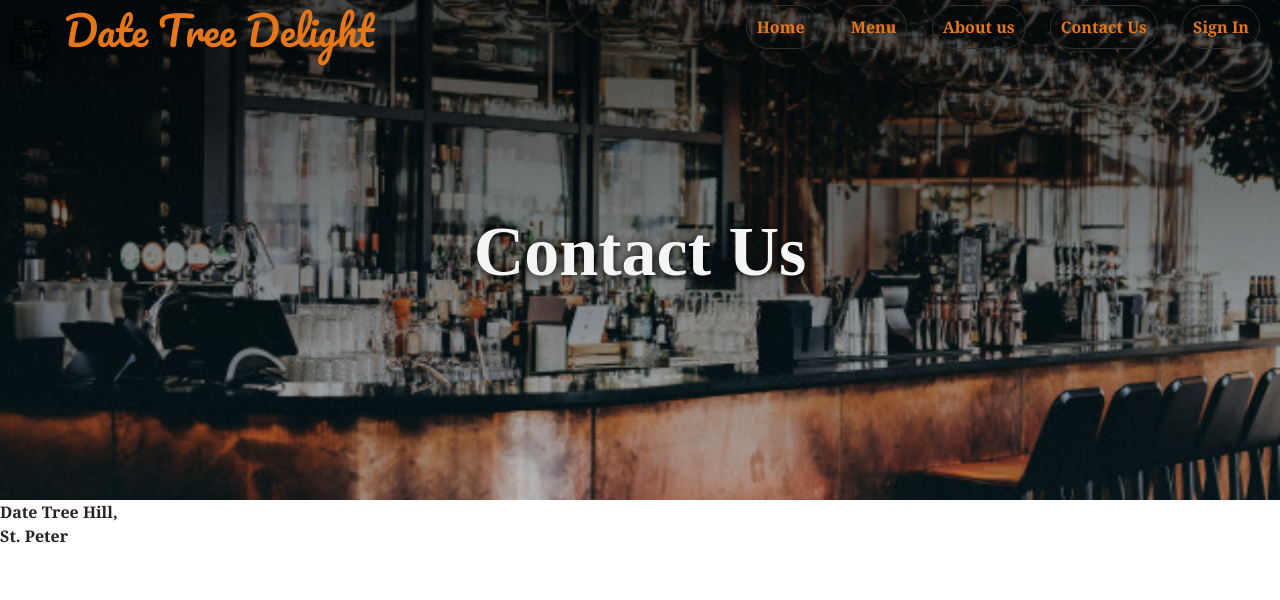
Repository: jadagoring/DateTreeDelight
Page: http://localhost/contactus.php
An editor plug-in stored every save of this project. The page is shown before and after the next save, followed by the edit.
The browser window is 1280 px wide. The pictures show the part of the page from y = 0 to 600 px (the page is 1604 px tall).
Pictures or frames that could not be fetched are drawn as grey boxes. Some web fonts or font styles are not loaded; a fallback is used. Some web libraries are served in a nearby version. The page is run by PHP 8.4 with error messages shown; the project is at /var/www/html/.

Above is the page before, as saved 2020-06-04 13:31:27.

### contactus.php
<?php
include "templates/header.php";
?>

<div class="contactus-header">
    <div class="seperator-div"></div>
    <h1 class="contactus-hdr">Contact Us</h1>
</div>

<div class="contactus-body">
    <div class="contact-map">
        <iframe src="https://www.google.com/maps/embed?pb=!1m14!1m8!1m3!1d970.731163968368!2d-59.582570999999994!3d13.292647000000047!3m2!1i1024!2i768!4f13.1!3m3!1m2!1s0x0%3A0xdbafc17f6561b8ef!2sDate%20tree%20hill%20bar!5e0!3m2!1sen!2sus!4v1591291810439!5m2!1sen!2sus" width="600" height="500" frameborder="0" style="border:0;" allowfullscreen="" aria-hidden="false" tabindex="0"></iframe>
    </div>
    <p>Date Tree Hill, <br>
        St. Peter</p>
</div>

<?php include "templates/footer.php"; ?>

### templates/header.php
<?php
session_start();

if (isset($_SESSION['Occupation'])) {
    $Occupation = $_SESSION['Occupation'];
}
else{
    $Occupation = "Random";
}
?>
<!DOCTYPE html>
<html lang="en">

<head>
    <meta charset="UTF-8">
    <meta name="viewport" content="width=device-width, initial-scale=1.0">
    <title>Date Tree Delight</title>

    <!-- CSS -->
    <link rel="stylesheet" href="https://stackpath.bootstrapcdn.com/bootstrap/4.4.1/css/bootstrap.min.css" integrity="sha384-Vkoo8x4CGsO3+Hhxv8T/Q5PaXtkKtu6ug5TOeNV6gBiFeWPGFN9MuhOf23Q9Ifjh" crossorigin="anonymous">
    <link rel="stylesheet" href="assets\css\styles.css">

    <!-- JavaScript -->
    <script src="https://code.jquery.com/jquery-3.4.1.slim.min.js" integrity="sha384-J6qa4849blE2+poT4WnyKhv5vZF5SrPo0iEjwBvKU7imGFAV0wwj1yYfoRSJoZ+n" crossorigin="anonymous"></script>
    <script src="https://cdn.jsdelivr.net/npm/popper.js@1.16.0/dist/umd/popper.min.js" integrity="sha384-Q6E9RHvbIyZFJoft+2mJbHaEWldlvI9IOYy5n3zV9zzTtmI3UksdQRVvoxMfooAo" crossorigin="anonymous"></script>
    <script src="https://stackpath.bootstrapcdn.com/bootstrap/4.4.1/js/bootstrap.min.js" integrity="sha384-wfSDF2E50Y2D1uUdj0O3uMBJnjuUD4Ih7YwaYd1iqfktj0Uod8GCExl3Og8ifwB6" crossorigin="anonymous"></script>
    <script src="https://kit.fontawesome.com/e9662c41f5.js" crossorigin="anonymous"></script>
</head>

<body>
    <!-- No log in -->
    <?php if ($Occupation == "Random") { ?>

    <div id="Navbar" class="nav-bar">
        <div class="right-nav">
            <a href="index.php" class="side-links">Home </a>
            <a href="Menu.php" class="side-links">Menu</a>
            <a href="Aboutus.php" class="side-links">About us</a>
            <a href="Contactus.php" class="side-links">Contact Us</a>
            <a href="login.html" class="side-links" style="margin-right:20px">Sign In</a>
        </div>

        <div class="left-nav">
            <div class="left-info">
                <img src="assets\images\l-07-512.png" style="width: 60px; height: 60px; border-radius: 30px;" alt="Logo">
                <span class="nav-text">Date Tree Delight</span>
            </div>
        </div>
    </div>
    <?php
    }
    ?>

    <!-- Customers login -->
    <?php if ($Occupation == "Customer") { ?>

        <div id="Navbar" class="nav-bar">
            <div class="right-nav">
                <a href="shoppingcart.php"><img src="assets/images/shopping-cart.png" alt="shoppingcart" class="shop-cart"></a>
                <a href="index.php" class="side-links">Home </a>
                <a href="Menu.php" class="side-links">Menu</a>
                <a href="Aboutus.php" class="side-links">About us</a>
                <a href="Contactus.php" class="side-links">Contact Us</a>
                <a href="signout.php" class="side-links" style="margin-right:20px">Sign Out</a>
            </div>

            <div class="left-nav">
                <div class="left-info">
                    <img src="assets\images\l-07-512.png" style="width: 60px; height: 60px; border-radius: 30px;" alt="Logo">
                    <span class="nav-text">Date Tree Delight</span>
                </div>
            </div>
        </div>
    <?php
    }
    ?>

    <!-- Employees Logged in -->
    <?php if ($Occupation == "Employee") { ?>

        <div id="Navbar" class="nav-bar">
            <div class="right-nav">
                <a href="order.php" class="side-links">Orders </a>
                <a href="inventory.php" class="side-links">Inventory</a>
                <a href="inquiries.php" class="side-links">Inquiries</a>
                 <a href="signout.php" class="side-links" style="margin-right:20px">Sign Out</a>
            </div>

            <div class="left-nav">
                <div class="left-info">
                    <img src="assets\images\l-07-512.png" style="width: 60px; height: 60px; border-radius: 30px;" alt="Logo">
                    <span class="nav-text">Date Tree Delight</span>
                </div>
            </div>
        </div>
    <?php } ?>

    <!-- Admin logged in -->
    <?php if ($Occupation == "Owner") { ?>
        <div id="Navbar" class="nav-bar">
            <div class="right-nav">
                <a href="events.php" class="side-links">Events</a>
                <a href="order.php" class="side-links">Orders</a>
                <a href="inventory.php" class="side-links">Inventory</a>
                <a href="inquiries.php" class="side-links">Inquires</a>
                <a href="Employees.php" class="side-links">Employees</a>
                <a href="signout.php" class="side-links" style="margin-right:20px">Sign Out</a>
            </div>

            <div class="left-nav">
                <div class="left-info">
                    <img src="assets\images\l-07-512.png" style="width: 60px; height: 60px; border-radius: 30px;" alt="Logo">
                    <span class="nav-text">Date Tree Delight</span>
                </div>
            </div>
        </div>
    <?php } ?>

### templates/footer.php
    <div class="footer">
        <div class="container">
            <div class="row footer-nav">
                <div class="col-2"> <a href="index.html" class="side-links">Home </a> </div>
                <div class="col-2"> <a href="Menu.html" class="side-links">Menu</a> </div>
                <div class="col-2"> <a href="Orders.html" class="side-links">Order</a> </div>
                <div class="col-2"> <a href="Aboutus.html" class="side-links">About us</a> </div>
                <div class="col-2"> <a href="Contactus.html" class="side-links">Contact Us</a> </div>
                <div class="col-2"> <a href="Vorder.html" class="side-links">View Orders</a> </div>
            </div>

            <div class="spacer-div"></div>
            <div class="row footer-nav-text">
                <div style="text-align:center; margin-left: auto; margin-right: auto;">
                    <hr class="footer-hr" style="width:300px;">
                    <p class="footer-text"> Address: </p>
                    <p>Date Tree Hill, St. Peter</p>
                    <hr class="footer-hr" style="width:200px;">
                    <p class="footer-text">Telephone No.:</p>
                    <p>1 (246) 555-5050</p>
                    <hr class="footer-hr" style="width:100px;">
                </div>
            </div>

            <div class="row">
                <div class="socials" style="text-align:center; margin-left: auto; margin-right: auto;">
                    <p> <a href="https://instagram.com/datetreedelight?igshid=wuq8k1wrkhhx"><i class="fab fa-instagram"></i> </a>
                        <a href="https://facebook.com/datetreedelight246"><i class="fab fa-facebook-square"> </i></a>
                    </p>
                </div>
            </div>

            <div class="row">
                <div class="footer-comp" style="text-align:center; margin-left: auto; margin-right: auto;">
                    <p> Created By: <span class="footer-company"> Code Like a Girl &copy </span> </p>
                </div>
            </div>

        </div>
    </div>
    </body>

    </html>

### assets/css/styles.css
/*Global Tag*/

* {
    margin: 0;
    padding: 0;
    font-family: Cambria, Cochin, Georgia, Times, 'Times New Roman', serif;
}

p {
    font-family: Georgia, 'Times New Roman', Times, serif;
    font-weight: bolder;
}

@font-face {
    font-family: Pacifico;
    src: url('../fonts/Pacifico/Pacifico-Regular.ttf');
}

@font-face {
    font-family: Merriweather;
    src: url('../fonts/Merriweather/');
}

table,
th,
td {
    border: 1px solid black;
}

table {
    width: 1080px;
    margin-top: 50px;
    margin-bottom: 50px;
}

th {
    text-align: center;
}

td {
    padding: 10px;
}


/* Classes */

.about-body {
    background-color: whitesmoke;
}

.about-header {
    height: 500px;
    background: linear-gradient(rgba(0, 0, 0, 0.7), rgba(0, 0, 0, 0.7)), url("../images/wine.jpg");
    background-repeat: no-repeat;
    background-size: cover;
    width: 100%;
    background-position-y: center;
}

.about-h {
    color: rgb(231, 118, 25);
    font-family: Georgia, 'Times New Roman', Times, serif;
}

.about-h2 {
    color: rgb(231, 118, 25);
    font-family: Georgia, 'Times New Roman', Times, serif;
    font-weight: bold;
}

.about-p {
    color: green;
}

.about-hr {
    width: 1000px;
    margin-left: auto;
    margin-right: auto;
    background-color: darkgrey;
}

.aboutus-header {
    font-family: Merriweather;
    font-weight: bold;
    font-size: 60px;
    color: whitesmoke;
    text-shadow: 0 0 10px black;
    text-align: center;
    padding-top: 110px;
}

.about-section-row {
    width: 50%;
    height: 400px;
    margin: 0 auto 0 auto;
    text-align: left;
    padding-top: 30px;
    padding-bottom: 30px;
}

.about-img {
    width: 250px;
    height: 370px;
    float: left;
    margin-right: 30px;
}

.about-img1 {
    width: 250px;
    height: 370px;
    float: right;
    margin-left: 30px;
}

.about-img2 {
    width: 250px;
    height: 370px;
    float: left;
    margin-right: 30px;
}

.billing-tbl {
    width: 900px;
    margin: 20px;
    padding: 20px;
}

.center {
    text-align: center;
}

.checkout-btn {
    background-color: rgb(197, 91, 4, 0.9);
    color: rgb(71, 192, 34);
    text-shadow: 0 0 5px black;
    font-family: Pacifico;
    font-size: 20px;
    border: none;
    padding: 25px 75px 25px 75px;
    border-radius: 50px;
    margin-bottom: 20px;
}

.checkout-btn:hover {
    transition-duration: 1s;
    background-color: rgba(55, 161, 23, 0.9);
    color: rgb(231, 118, 25);
}

.checkout-header {
    height: 500px;
    background: linear-gradient(rgba(0, 0, 0, 0.7), rgba(0, 0, 0, 0.7)), url("../images/checkout.jpg");
    background-repeat: no-repeat;
    background-size: cover;
    width: 100%;
    background-position-y: center;
}

.checkout-hdr {
    font-family: Merriweather;
    font-weight: bold;
    font-size: 60px;
    color: whitesmoke;
    text-shadow: 0 0 10px black;
    text-align: center;
    padding-top: 110px;
}

.contactus-header {
    height: 500px;
    background: linear-gradient(rgba(0, 0, 0, .7), rgba(0, 0, 0, .20)), url("../images/bar5.jpg");
    background-repeat: no-repeat;
    background-size: cover;
    width: 100%;
    background-position-y: center;
}

.contactus-hdr {
    font-family: Merriweather;
    font-weight: bold;
    font-size: 70px;
    color: whitesmoke;
    text-shadow: 0 0 10px black;
    text-align: center;
    padding-top: 110px;
}

.contactus-body{
    height: 700px;
    width: 100%;
}

.contact-map{
    float: right;
    width: 50%;
    margin-top: 100px;
}

.emp-body {
    margin-left: 200px;
}

.emp-header {
    width: 100%;
    background: linear-gradient(rgba(0, 0, 0, 0.7), rgba(0, 0, 0, 0.7)), url("../images/shopcart.jpg");
    background-repeat: no-repeat;
    background-size: cover;
    height: 500px;
}

.emp-hdr {
    font-family: Merriweather;
    font-weight: bold;
    font-size: 60px;
    color: whitesmoke;
    text-shadow: 0 0 10px black;
    text-align: center;
    padding-top: 110px;
}

.event-body {
    margin-left: 200px;
    margin-top: 20px
}

.event-header {
    width: 100%;
    background: linear-gradient(rgba(0, 0, 0, 0.7), rgba(0, 0, 0, 0.7)), url("../images/shopcart.jpg");
    background-repeat: no-repeat;
    background-size: cover;
    height: 500px;
}

.event-hdr {
    font-family: Merriweather;
    font-weight: bold;
    font-size: 60px;
    color: whitesmoke;
    text-shadow: 0 0 10px black;
    text-align: center;
    padding-top: 110px;
}

.footer {
    background-color: rgb(43, 43, 43);
    width: 100%;
    height: 100%;
}

.footer-nav {
    padding-top: 20px;
}

.footer-nav-text {
    color: rgb(231, 118, 25);
}

.footer-nav a:link {
    text-decoration: none;
    color: green;
    border-radius: 50px;
    font-weight: bold;
}

.footer-nav a:hover {
    transition-duration: 1s;
    color: black;
    background-color: rgb(231, 118, 25);
}

.footer-nav a:visited {
    text-decoration: none;
    color: green;
    border-radius: 50px;
    font-weight: bold;
}

.footer-comp {
    color: green;
}

.footer-company {
    font-style: italic;
    font-size: 1.5em;
    font-family: 'Dancing Script', cursive;
    color: rgb(231, 118, 25);
}

.footer-text {
    color: green;
}

.footer-hr {
    background-color: grey;
    margin-left: auto;
    margin-right: auto;
}

.headers {
    text-align: center;
    padding-top: 85px;
}

.headerss {
    text-align: center;
    width: 100%;
    height: 450px;
    background: linear-gradient(rgba(0, 0, 0, 0.7), rgba(0, 0, 0, 0.7)), url("../images/stockvault-bar-glasses186850.jpg");
    background-size: cover;
    background-position-x: center;
    background-position-y: center;
    background-repeat: no-repeat;
    color: rgb(231, 118, 25);
}

.img-row {
    width: 200px;
    height: 150px;
    background-position: center;
    background-size: cover;
}

img {
    max-width: 100%;
    max-height: 100%;
    width: 100%;
    height: 100%;
    border-radius: 20px;
}

.img-responsive {
    width: 200px;
    height: 200px;
}

.index-header {
    font-family: Merriweather;
    color: white;
    font-weight: bolder;
    font-size: 60px;
}

.inv-header {
    width: 100%;
    background: linear-gradient(rgba(0, 0, 0, 0.7), rgba(0, 0, 0, 0.7)), url("../images/order.jpg");
    background-repeat: no-repeat;
    background-size: cover;
    height: 500px;
}

.inv-hdr {
    font-family: Merriweather;
    font-weight: bold;
    font-size: 60px;
    color: whitesmoke;
    text-shadow: 0 0 10px black;
    text-align: center;
    padding-top: 110px;
}

.inq-header {
    width: 100%;
    background: linear-gradient(rgba(0, 0, 0, 0.7), rgba(0, 0, 0, 0.7)), url("../images/order.jpg");
    background-repeat: no-repeat;
    background-size: cover;
    height: 500px;
}

.inq-hdr {
    font-family: Merriweather;
    font-weight: bold;
    font-size: 60px;
    color: whitesmoke;
    text-shadow: 0 0 10px black;
    text-align: center;
    padding-top: 110px;
}

.items {
    background-image: linear-gradient(rgba(0, 0, 0, 0.4), rgba(0, 0, 0, 0.4)), url("../images/wood.jpg");
    background-repeat: no-repeat;
    background-size: cover;
    text-align: center;
    height: 360px;
    width: 100%;
    padding-top: 50px;
}

.left-nav {
    float: left;
    width: 500px;
    height: 100px;
}

.menu-btn {
    background-color: rgb(197, 91, 4, 0.9);
    color: rgb(71, 192, 34);
    text-shadow: 0 0 5px black;
    font-family: Pacifico;
    font-size: 20px;
    border: none;
    padding: 25px 75px 25px 75px;
    border-radius: 50px;
    margin-top: 20px;
}

.menu-btn:hover {
    transition-duration: 1s;
    background-color: rgba(55, 161, 23, 0.9);
    color: rgb(231, 118, 25);
}

.menu-header {
    height: 500px;
    background: linear-gradient(rgba(0, 0, 0, 0.7), rgba(0, 0, 0, 0.7)), url("../images/booze.jpg");
    background-repeat: no-repeat;
    background-size: cover;
    width: 100%;
    background-position-y: center;
}

.menu-hdr {
    font-family: Merriweather;
    font-weight: bold;
    font-size: 60px;
    color: whitesmoke;
    text-shadow: 0 0 10px black;
    text-align: center;
    padding-top: 110px;
}

.menu-title {
    font-family: Merriweather;
    color: rgb(231, 118, 25);
    font-size: 30px;
    font-style: italic;
    font-weight: bold;
}

.nav-bar a:visited {
    text-decoration: none;
    color: rgb(231, 118, 25);
    border: 1px solid rgb(48, 47, 47);
    border-radius: 50px;
    font-weight: bold;
    padding: 10px;
}

.nav-bar a:link {
    text-decoration: none;
    color: rgb(231, 118, 25);
    border: 1px solid rgb(48, 47, 47);
    border-radius: 50px;
    font-weight: bold;
    padding: 10px;
}

.nav-bar a:hover {
    transition-duration: 1s;
    color: black;
    background-color: rgb(231, 118, 25);
    border: none;
}

.nav-bar {
    width: 100%;
    height: 70px;
    background-color: transparent;
    position: absolute;
    top: 0;
    color: rgb(231, 118, 25);
    margin-bottom: 100px;
}

.nav-text {
    font-size: 40px;
    font-family: Pacifico;
}

.order-header {
    background-image: linear-gradient(rgba(0, 0, 0, 0.7), rgba(0, 0, 0, 0.7)), url("../images/order.jpg");
    background-size: cover;
    background-repeat: no-repeat;
    height: 500px;
    width: 100%;
}

.order-hdr {
    font-family: Merriweather;
    font-weight: bold;
    font-size: 60px;
    color: whitesmoke;
    text-shadow: 0 0 10px black;
    text-align: center;
    padding-top: 110px;
}

.order-info-header {
    background-image: linear-gradient(rgba(0, 0, 0, 0.7), rgba(0, 0, 0, 0.7)), url("../images/order.jpg");
    background-size: cover;
    background-repeat: no-repeat;
    height: 500px;
    width: 100%;
}

.order-info-hdr {
    font-family: Merriweather;
    font-weight: bold;
    font-size: 60px;
    color: whitesmoke;
    text-shadow: 0 0 10px black;
    text-align: center;
    padding-top: 110px;
}

.product-title {
    color: rgb(231, 118, 25);
    text-shadow: 0 0 5px black;
    font-size: 35px;
    font-family: Merriweather;
    font-weight: bold;
}

.product-row:hover .Test-t {
    visibility: visible;
}

.product-row:hover .Test-tt {
    filter: brightness(30%);
}

.product-row {
    position: relative;
    float: left;
    margin-left: 50px;
    color: rgb(231, 118, 25);
    text-shadow: 0 0 5px black;
    font-size: 30px;
    font-family: Merriweather;
    font-weight: bold;
    position: relative;
}

.product-row h3 {
    font-family: Georgia, 'Times New Roman', Times, serif;
    font-size: 20px;
}

.right-nav {
    float: right;
    margin-top: 15px;
}

.side-links {
    margin-left: 20px;
    padding-left: 10px;
    padding-right: 10px;
}

.seperator-div {
    padding-bottom: 100px;
}

.shop-cart {
    width: 25px;
    height: 25px;
}

.shopcart-body {
    padding-top: 20px;
}

.shopcart-h {
    color: rgb(231, 118, 25);
    text-align: center;
    font-family: Merriweather;
    font-weight: bold;
    font-style: italic;
}

.shopcart-header {
    height: 500px;
    background: linear-gradient(rgba(0, 0, 0, 0.7), rgba(0, 0, 0, 0.7)), url("../images/shopcart.jpg");
    background-repeat: no-repeat;
    background-size: cover;
    width: 100%;
    background-position-y: center;
}

.shopcart-hdr {
    font-family: Merriweather;
    font-weight: bold;
    font-size: 60px;
    color: whitesmoke;
    text-shadow: 0 0 10px black;
    text-align: center;
    padding-top: 110px;
}

.spacer-div {
    margin-top: 20px;
}

.socials {
    font-size: 30px;
}


/*
    transform: scale(1.5);
}
*/

.Test-t {
    position: absolute;
    bottom: 50px;
    text-shadow: 0 0 2px black;
    right: 40px;
    visibility: hidden;
}

.textbox {
    width: 1000px;
}

.welcome-btn {
    background-color: rgb(197, 91, 4, 0.9);
    color: rgb(71, 192, 34);
    text-shadow: 0 0 5px black;
    font-family: Pacifico;
    font-size: 20px;
    border: none;
    padding: 25px 75px 25px 75px;
    border-radius: 50px;
}

.welcome-btn:hover {
    transition-duration: 1s;
    background-color: rgba(55, 161, 23, 0.9);
    color: rgb(231, 118, 25);
}

After the next save:
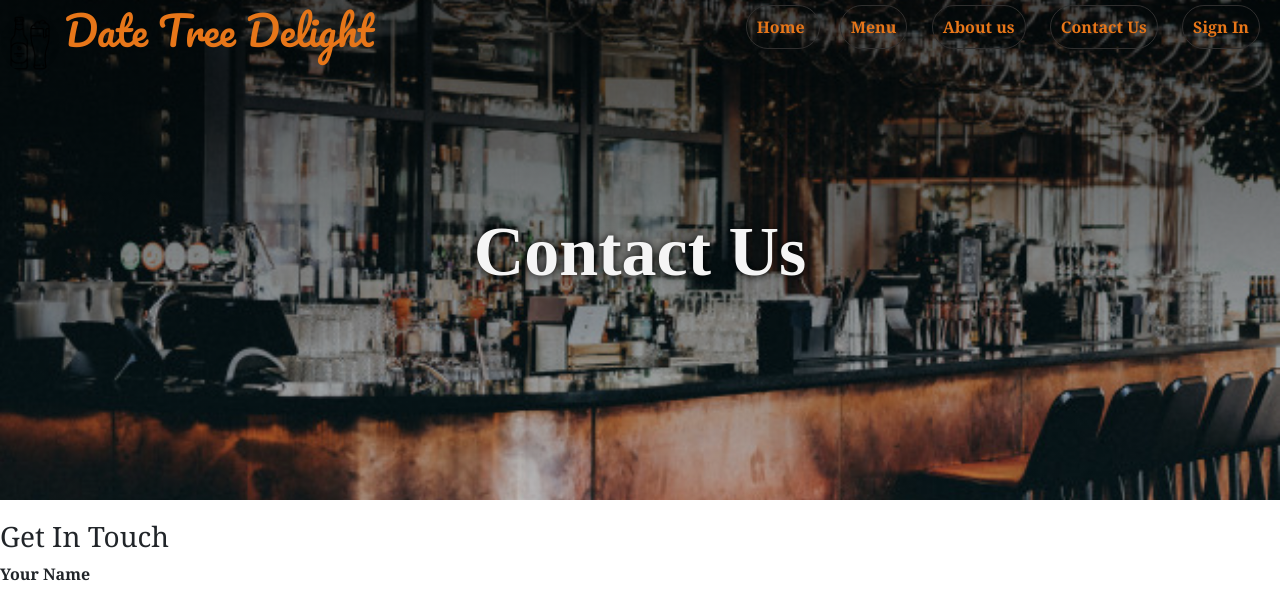
Saved 2 min 28 s later.
--- a/contactus.php
+++ b/contactus.php
@@ -11,8 +11,29 @@ include "templates/header.php";
     <div class="contact-map">
         <iframe src="https://www.google.com/maps/embed?pb=!1m14!1m8!1m3!1d970.731163968368!2d-59.582570999999994!3d13.292647000000047!3m2!1i1024!2i768!4f13.1!3m3!1m2!1s0x0%3A0xdbafc17f6561b8ef!2sDate%20tree%20hill%20bar!5e0!3m2!1sen!2sus!4v1591291810439!5m2!1sen!2sus" width="600" height="500" frameborder="0" style="border:0;" allowfullscreen="" aria-hidden="false" tabindex="0"></iframe>
     </div>
-    <p>Date Tree Hill, <br>
-        St. Peter</p>
+    <div class="contact-left">
+        <div class="contact-form">
+            <div class="contact-left">
+                <form action="/">
+                    <div class="contact-form-info">
+                        <div class="contact-form-info2">
+                            <h3 style="padding-top: 20px">Get In Touch</h3>
+                            <p class="contact-form-text">Your Name</p>
+                            <input type="text" name="name" class="contact-form-input">
+                            <p class="contact-form-text">Your Email</p>
+                            <input type="text" name="email" class="contact-form-input">
+                            <p class="contact-form-text">Subject</p>
+                            <input type="text" name="subject" class="contact-form-input">
+                            <p class="contact-form-text">Your Message</p>
+                            <input type="text" name="message" class="contact-form-textbox">
+                            <br>
+                            <button type="submit" class="contact-form-button">Submit</button>
+                        </div>
+                    </div>
+                </form>
+            </div>
+        </div>
+    </div>
 </div>
 
 <?php include "templates/footer.php"; ?>
